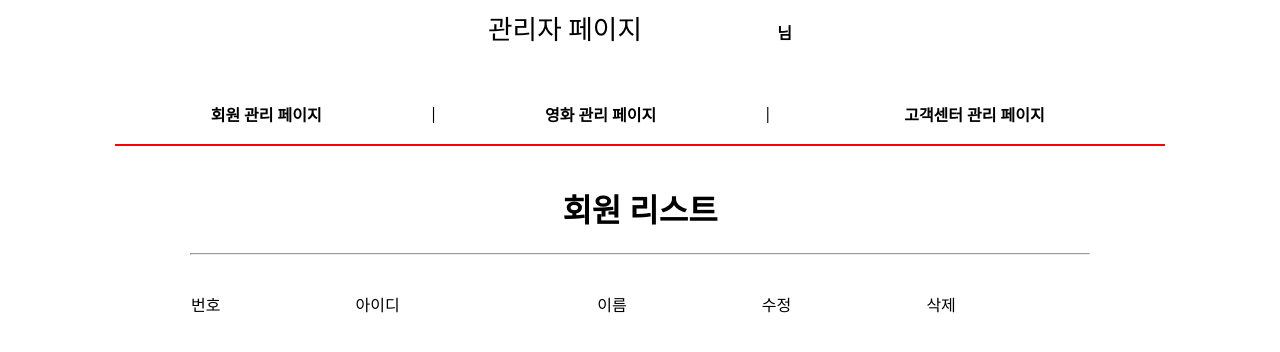
Repository: Tah282/movieSite
Page: http://localhost/CGV_project/WEB-INF/views/manager/memberManagement.jsp
An editor plug-in stored every save of this project. The page is shown before and after the next save, followed by the edit.
The browser window is 1280 px wide. The pictures show the whole page.
The page is served by Tomcat 9. Nobody is signed in. The template is opened directly, without the code that normally fills it, so the values that code supplies are empty.

Above is the page before, as saved 2024-01-03 07:24:02.

After the next save:
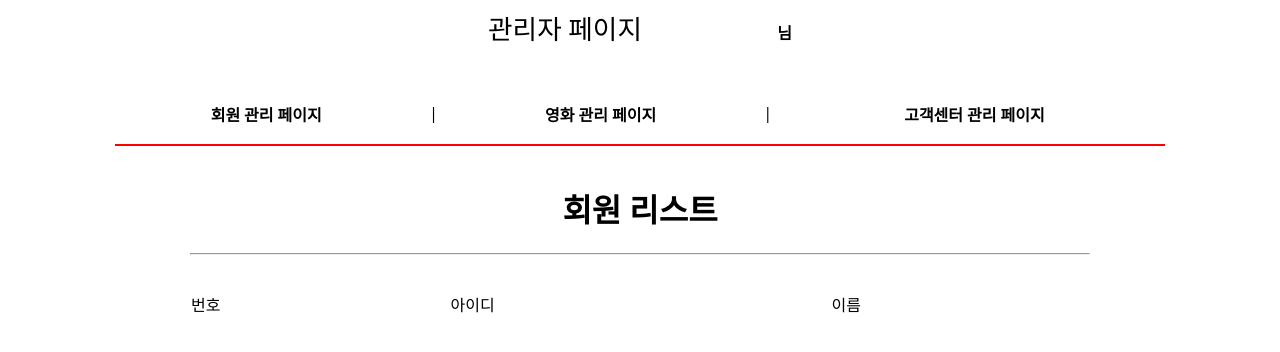
Saved 11 s later.
--- a/CGV_project/src/main/webapp/WEB-INF/views/manager/memberManagement.jsp
+++ b/CGV_project/src/main/webapp/WEB-INF/views/manager/memberManagement.jsp
@@ -22,7 +22,7 @@
 		<table class="memberManagementTBL" >
 
 			<tr>
-				<td>번호</td> <td>아이디</td> <td>이름</td> <td>수정</td> <td>삭제</td>
+				<td>번호</td> <td>아이디</td> <td>이름</td>
 			</tr>
 
 		<c:forEach var="member" items="${list}" varStatus="status">
